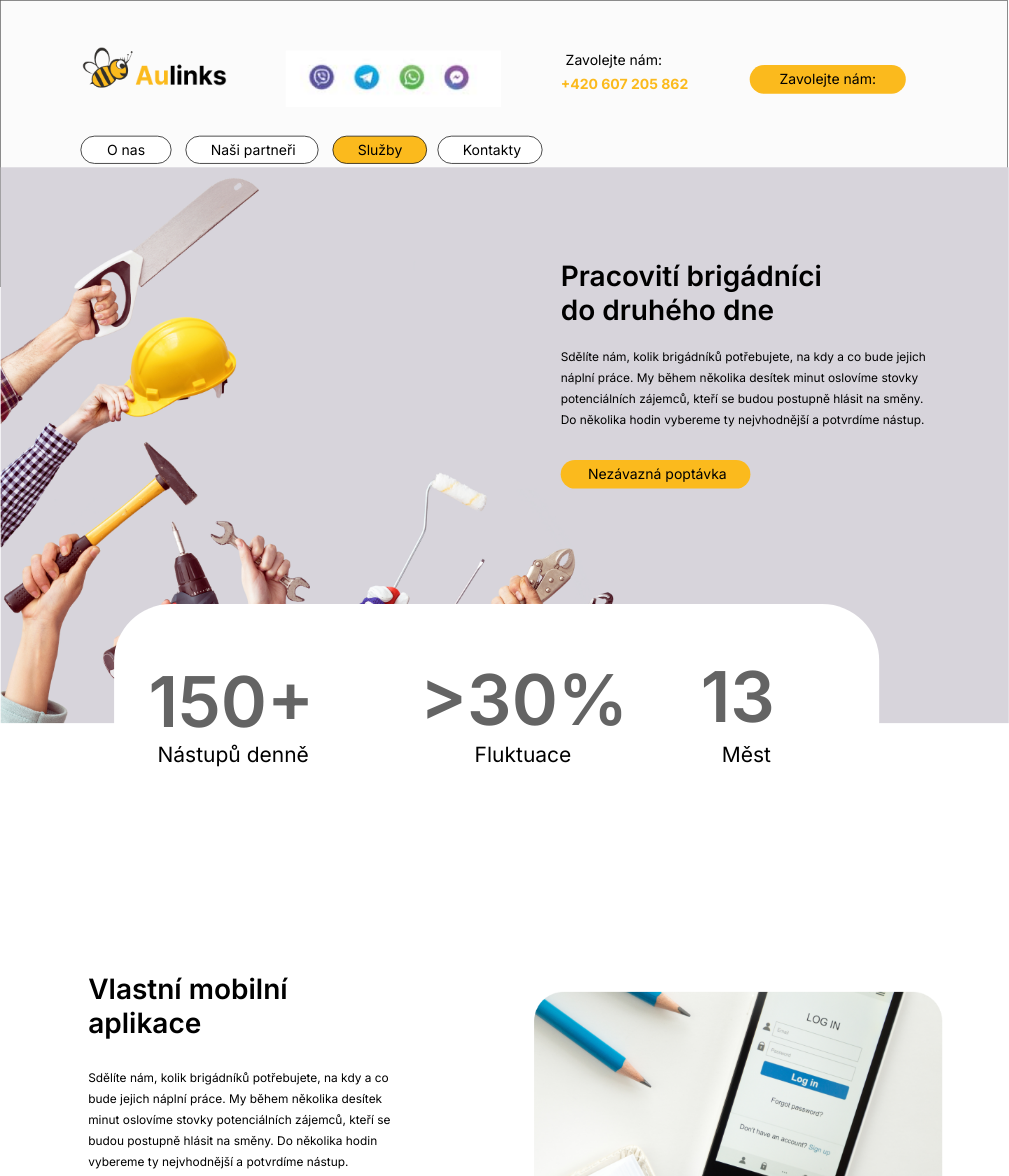
Repository: bilday08/bilday08.github.io
Page: index2.html
These files come from the project's save history. The page is drawn as it stood at one moment and after the next save; the edit follows.
The browser window is 1280 px wide. The page is 1441 px wide, so the pictures cover 1441 px, including what lies to the right of the window. The pictures show the part of the page from y = 0 to 1680 px (the page is 4718 px tall), at 70% of full size.

Above is the page before, as saved 2022-10-14 16:16:15.

After the next save:
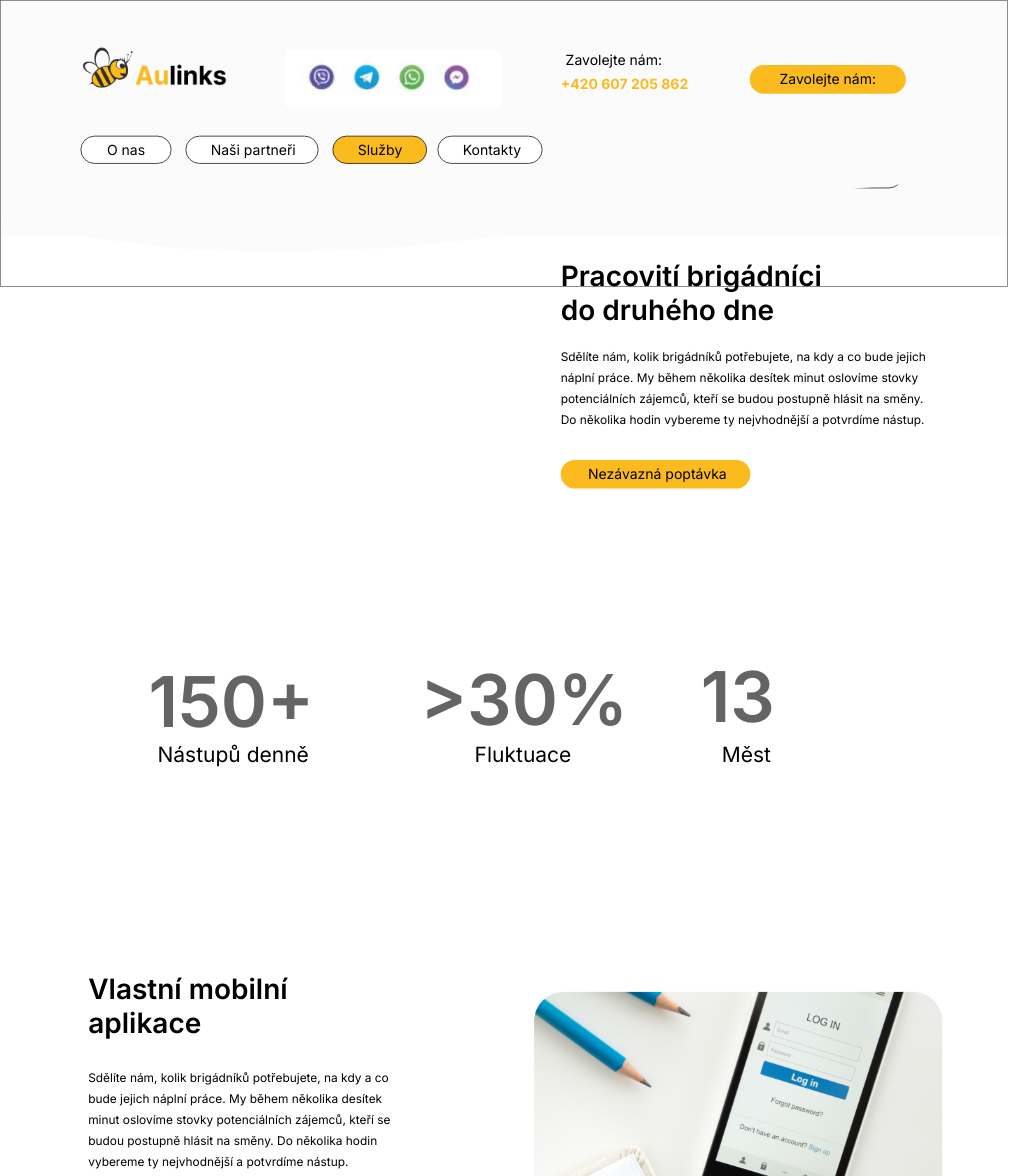
Saved 54 s later.
--- a/style2.css
+++ b/style2.css
@@ -152,9 +152,6 @@
     position: absolute;
     width: 1440px;
     height: 794px;
-    background-image: url(./images/2.png);
-    background-size: 100%;
-    background-repeat: no-repeat;
     margin-top: 5px;
 }
 .herder-background--content1{
